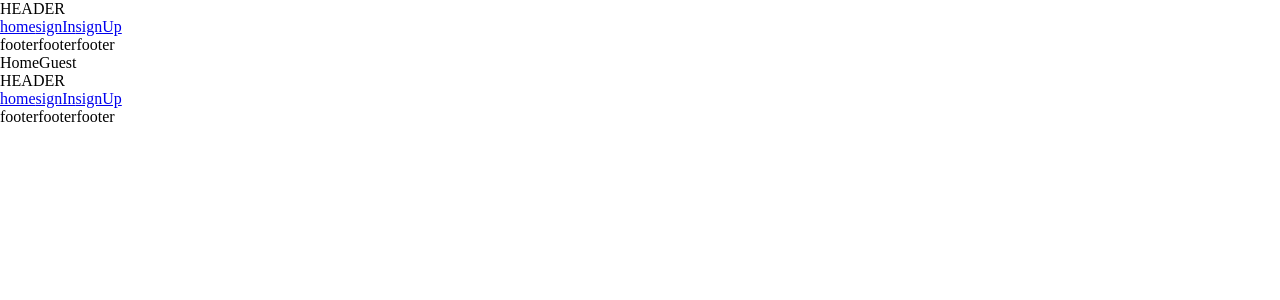
Repository: YuraKrvz/aurora-react-redux-toolkit-firebase
Page: /
The author's editor kept a copy of each file at every save. The page is drawn from the files as they stood at one save, then again after the next save.
The browser window is 1280 px wide. The pictures show the whole page.
The project was rebuilt for these pictures with package versions that can differ from the ones it lists, and the page was loaded fresh each time. Also part of the build but not shown: src/pages/HomeUser.jsx, src/pages/SignIn.jsx, src/pages/SignUp.jsx.

Above is the page before, as saved 2021-11-24 17:55:58.

After the next save:
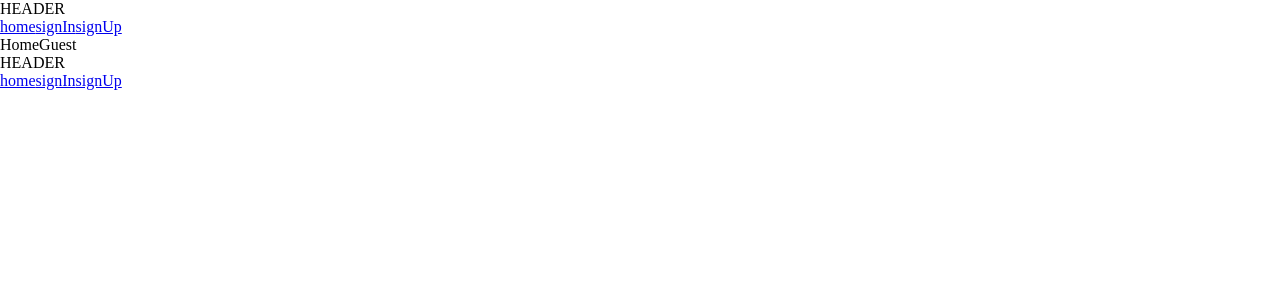
Saved 6 s later.
--- a/src/components/Header/Header.jsx
+++ b/src/components/Header/Header.jsx
@@ -14,7 +14,7 @@ const Header = () => {
                </li>
             </ul>
          </header>
-         <footer>footerfooterfooter</footer>
+
       </>
    )
 }
